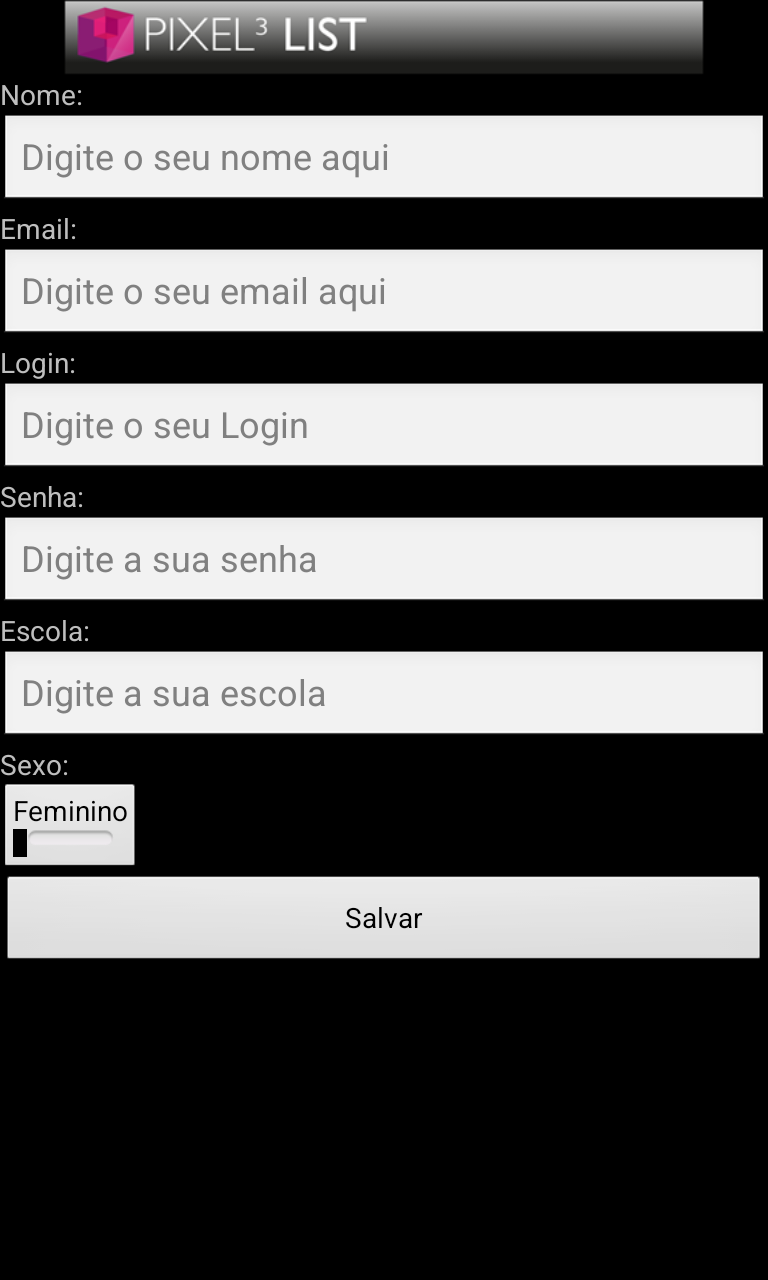
Repository: pixel3mobi/listaDigital
Layout: Pixel3List/res/layout/meusdados.xml
An editor plug-in stored every save of this project. The layout is shown before and after the next save, followed by the edit.
It is drawn on a 768 x 1280 px phone screen (xhdpi) without system bars, with theme android:Theme; the app's code is not run.

Above is the layout before, as saved 2011-03-22 11:04:20.

After the next save:
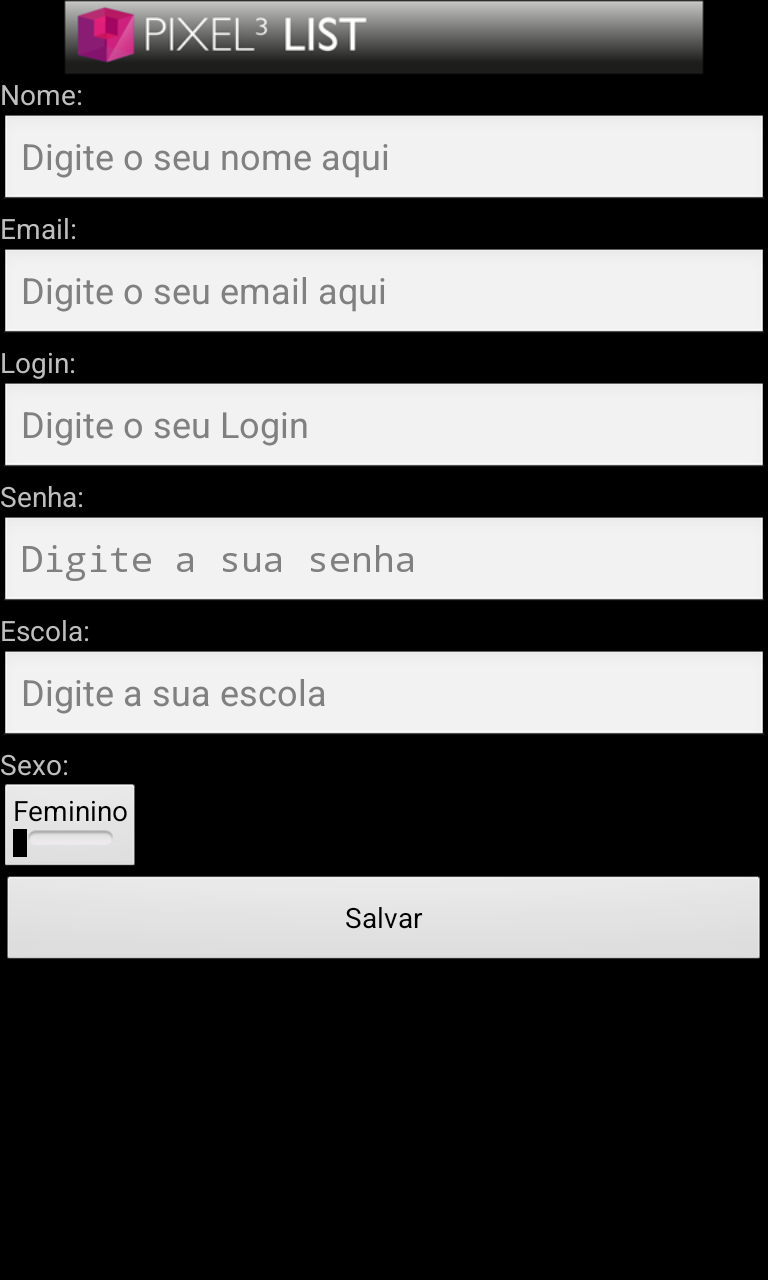
Saved 18 s later.
--- a/Pixel3List/res/layout/meusdados.xml
+++ b/Pixel3List/res/layout/meusdados.xml
@@ -65,6 +65,7 @@
 			<EditText
 				android:layout_height="wrap_content"
 				android:hint="Digite a sua senha"
+				android:password="true"
 				android:id="@+id/editSenha"
 				android:layout_width="fill_parent">
 			</EditText>
